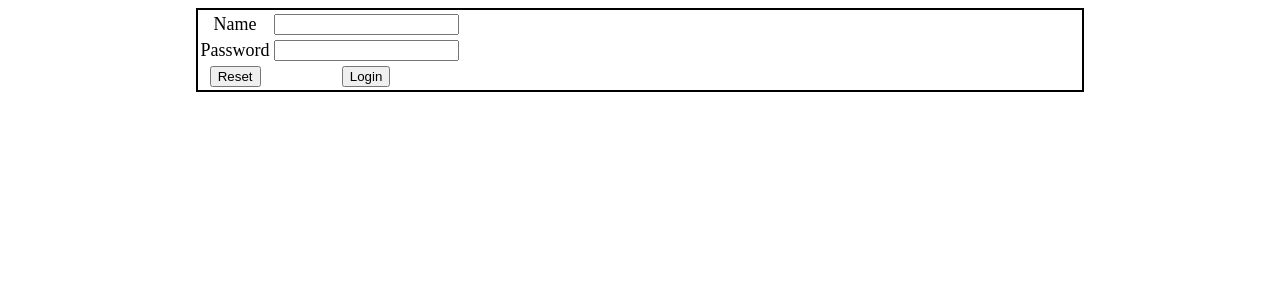
Repository: jks2127/SMS-webApp
Page: sms 1.2/WebContent/index.html
The author's editor kept a copy of each file at every save. The page is drawn from the files as they stood at one save, then again after the next save.
The browser window is 1280 px wide. The pictures show the whole page.

Above is the page before, as saved 2021-06-11 12:16:37.

### sms 1.2/WebContent/index.html
<!DOCTYPE html>
<html>
<head>
	<meta charset="ISO-8859-1">
	<title>Student Management System</title>

	<style>
		.container{
		margin: auto;
		width:70%;
		border:2px solid black;
		font-size:18px;
		}
		#body form table tr td{
		text-align:center;
		}
	</style>
</head>

<body id="body">
<div class="container">
	<form action="Login" method="POST">
		<table>
			<tr>
				<td> Name </td>
				<td><input type="text" name="user_name"></td>
			</tr>
			<tr>
				<td>Password</td>
				<td><input type="password" name="user_pswd"></td>
			</tr>
			<tr>
				<td><button type="reset">Reset</button></td>
				<td><button type="submit">Login</button></td>
			</tr>
		</table>

	</form>
</div>
</body>
</html>

After the next save:
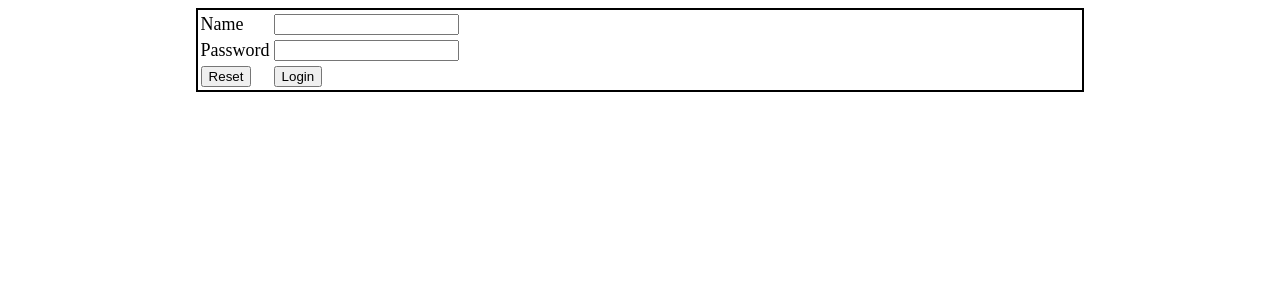
Saved 20 s later.
--- a/sms 1.2/WebContent/index.html
+++ b/sms 1.2/WebContent/index.html
@@ -11,7 +11,7 @@
 		border:2px solid black;
 		font-size:18px;
 		}
-		#body form table tr td{
+		#body form table tr td input{
 		text-align:center;
 		}
 	</style>
